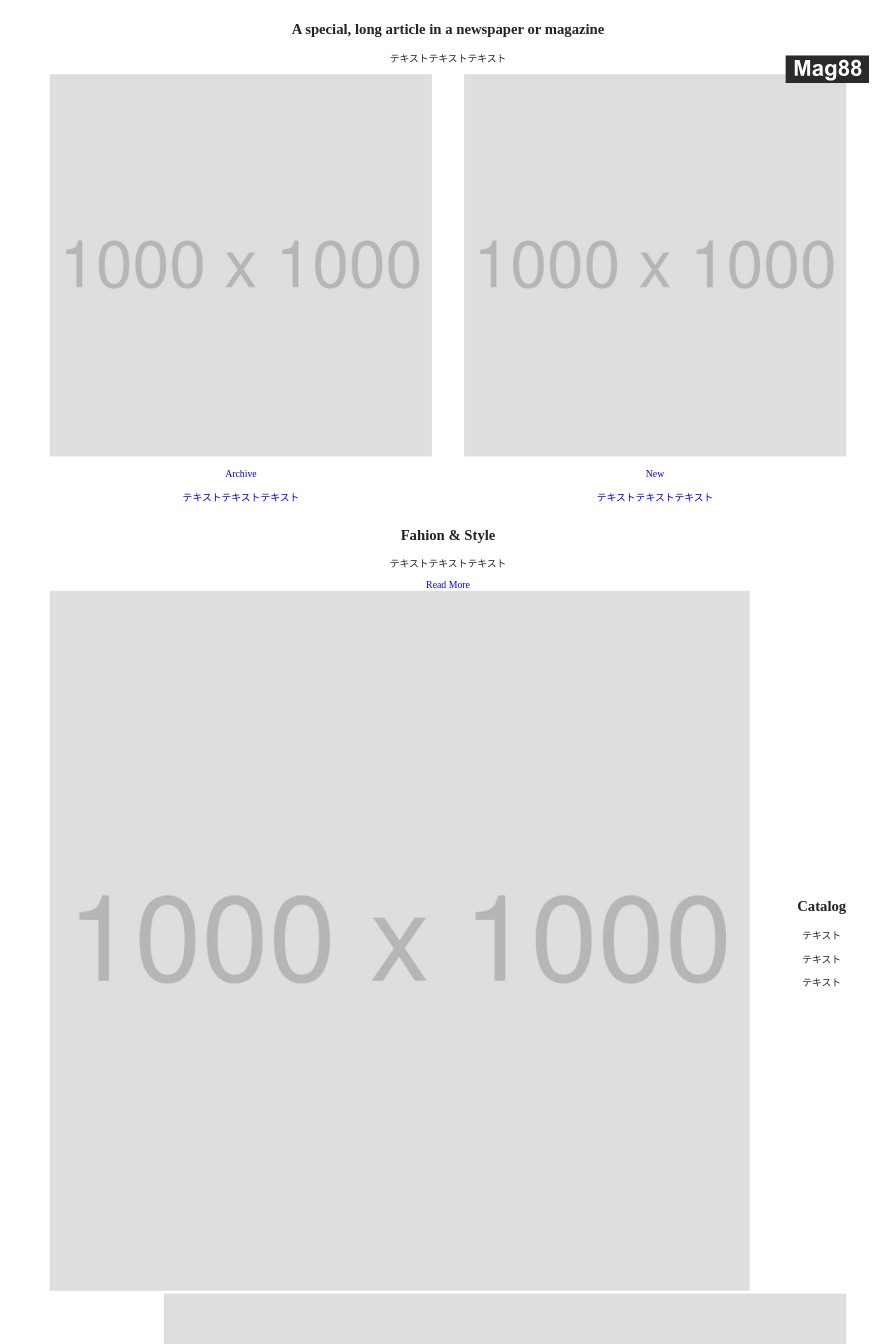
Repository: Fuki-san/bookstore
Page: http://localhost/book
These files come from the project's save history. The page is drawn as it stood at one moment and after a run of saves; the edit follows.
The browser window is 1280 px wide. The pictures show the part of the page from y = 0 to 1920 px (the page is 2993 px tall), at 70% of full size.
The page is served by the project's Laravel application, run on PHP 8.4 with Laravel 10.

Above is the page before, as saved 2023-11-21 13:09:34.

After the next 2 saves:
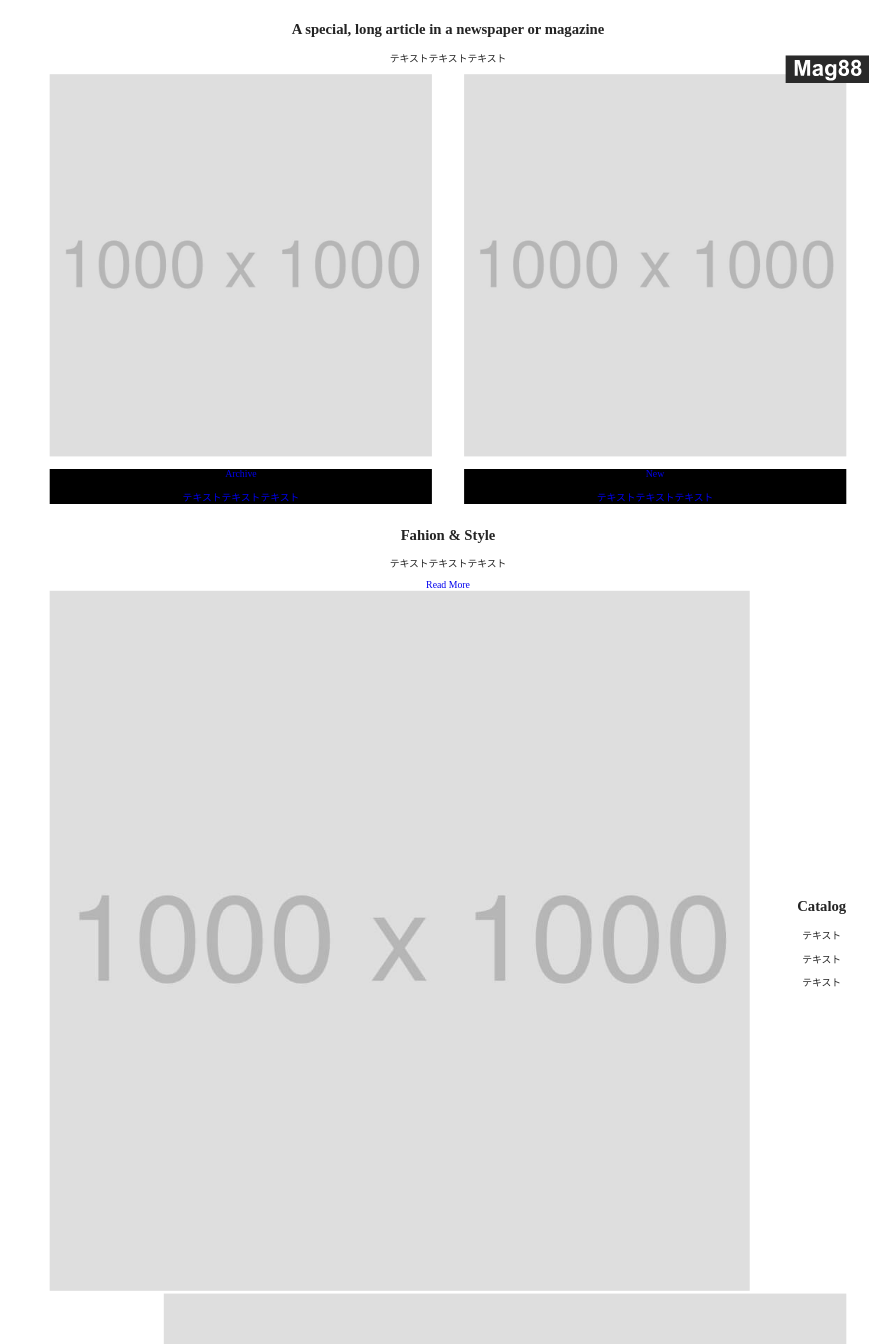
The 2 saves are shown as one change because they came seconds apart.
The last was saved 7 s later.
--- a/public/css/style.css
+++ b/public/css/style.css
@@ -40,5 +40,6 @@ a{
     width: 48%;
 }
 #magazine .text{
-    background-color: c;
+    background-color: black;
+
 }
